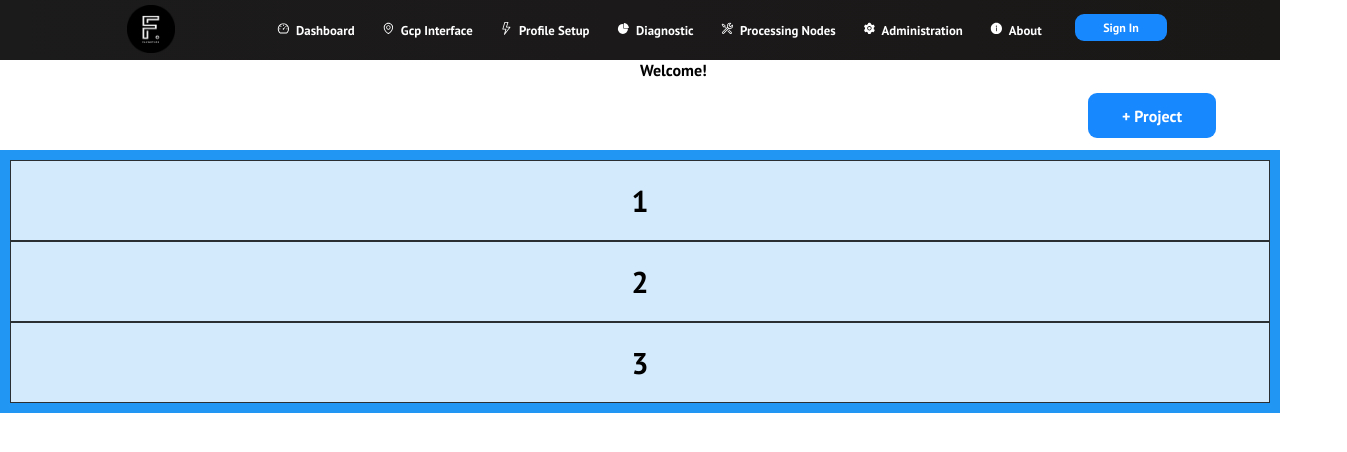
Repository: Akshaykumar1111/akki
Page: /Dashboard
These files come from the project's save history. The page is drawn as it stood at one moment and after the next save; the edit follows.
The browser window is 1280 px wide. The page is 1347 px wide, then 1280 px, so the pictures cover 1347 px, including what lies to the right of the window. The pictures show the whole page.
Some web libraries are served in a nearby version. The project was rebuilt for these pictures with package versions that can differ from the ones it lists, and the page was loaded fresh each time. Also part of the build but not shown: src/components/pages/Administration.css, src/components/pages/Administration.js, src/components/pages/Diagnostic.js, src/components/pages/ProfileSetup.js, src/components/pages/GcpInterface.js, src/components/pages/ProcessingNodes.js, src/components/pages/About.js, src/components/pages/Popup.css and 7 more.

Above is the page before, as saved 2022-10-20 12:15:55.

After the next save:
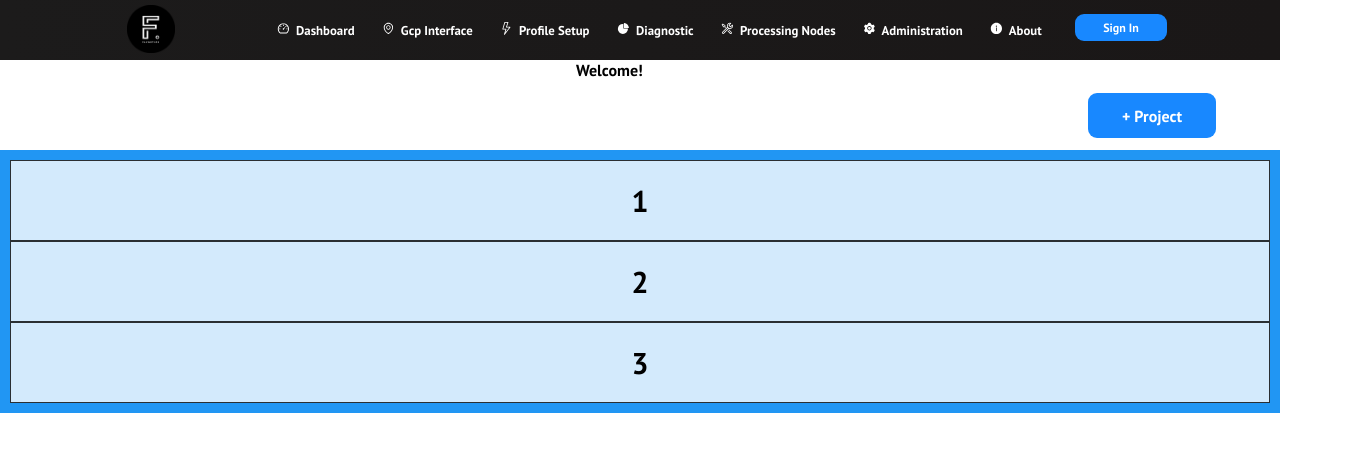
Saved 13 s later.
--- a/src/components/pages/Dashboard.css
+++ b/src/components/pages/Dashboard.css
@@ -12,5 +12,5 @@
     text-align: center;
   }
 .Welcome{
-    padding: 50%;
+    padding: 45%;
 }
